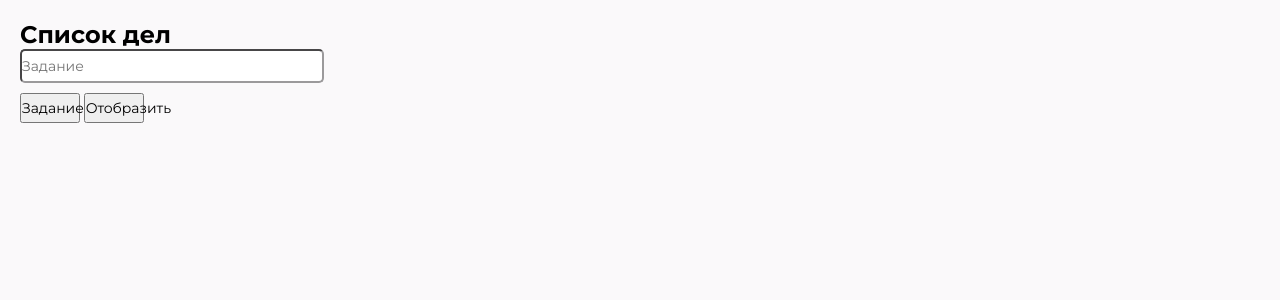
Repository: andbaik/it_unit9
Page: index.html
These files come from the project's save history. The page is drawn as it stood at one moment and after the next save; the edit follows.
The browser window is 1280 px wide. The pictures show the whole page.

Above is the page before, as saved 2021-04-06 22:02:23.

After the next save:
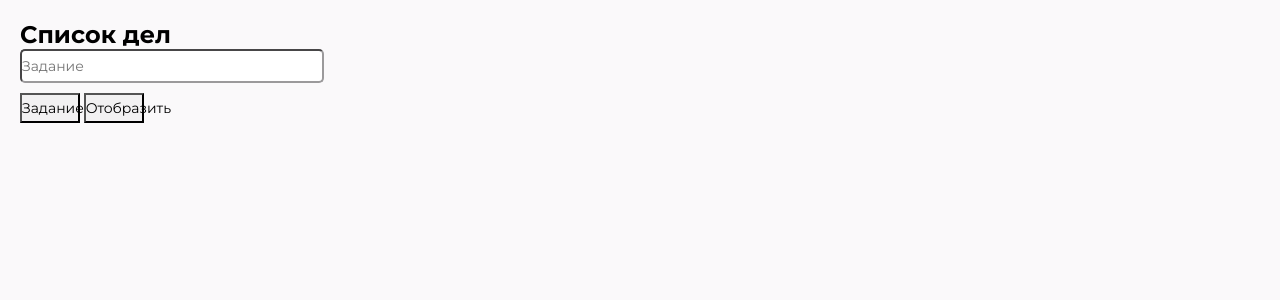
Saved 13 s later.
--- a/css/style.css
+++ b/css/style.css
@@ -32,7 +32,7 @@ section .btn-block{
 .btn {
     width: 60px;
     height: 30px;
-    background-color: ;
+    background-color: #F2F1F2;
 }
 
 /*
